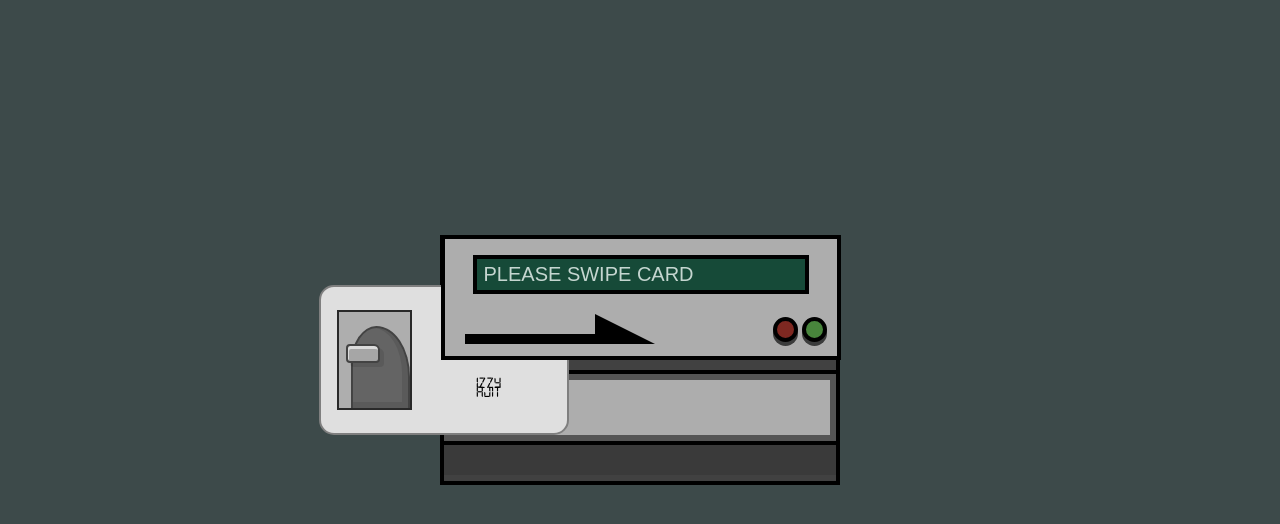
Repository: Aaquib111/Aaquib111.github.io
Page: treasure-page.html
These files come from the project's save history. The page is drawn as it stood at one moment and after the next save; the edit follows.
The browser window is 1280 px wide. The pictures show the whole page.

Above is the page before, as saved 2021-05-20 20:25:45.

### treasure-page.html
<!DOCTYPE html>
<!--[if lt IE 7]>      <html class="no-js lt-ie9 lt-ie8 lt-ie7"> <![endif]-->
<!--[if IE 7]>         <html class="no-js lt-ie9 lt-ie8"> <![endif]-->
<!--[if IE 8]>         <html class="no-js lt-ie9"> <![endif]-->
<!--[if gt IE 8]>      <html class="no-js"> <!--<![endif]-->
<html>
    <head>
        <meta charset="utf-8">
        <meta http-equiv="X-UA-Compatible" content="IE=edge">
        <title>Are you sure you're Isabel?</title>
        <meta name="description" content="">
        <meta name="viewport" content="width=device-width, initial-scale=1">
        <link rel="stylesheet" href="css\swipe.css">
    </head>
    <body>
        <div id="wrapper">
            <div id="reader" data-status="">
              <div class="top">
                <div class="screen">
                  <div id="message"></div>
                </div>
                <div class="lights">
                  <div class="light red"></div>
                  <div class="light green"></div>
                </div>
              </div>
              <div id="card">
                <div id="photo"></div>
                <div id="name"><p id="name">Izzy Ajit</p></div>
              </div>
              <div class="bottom"></div>
            </div>
          </div>

          <script src="js\swipe.js"></script>
    </body>
</html>

### css/swipe.css
* {
    box-sizing: border-box;
  }

  html,
  body {
    height: 100%;
  }

  body {
    width: 100vw;
    margin: 0;
    display: flex;
    justify-content: center;
    align-items: center;
    overflow: hidden;
  }

  #wrapper {
    position: relative;
    width: 400px;
    height: 250px;
  }

  #reader {
    width: 100%;
    height: 400px;
  }

  #reader .top {
    position: relative;
    width: 100%;
    height: 125px;
    z-index: 100;
  }

  #reader .bottom {
    width: 100%;
    height: 75px;
  }

  #reader .lights {
    position: absolute;
    right: 10px;
    bottom: 10px;
  }

  .light {
    display: inline-block;
    width: 25px;
    height: 25px;
  }

  #card {
    display: flex;
    justify-content: flex-start;
    align-items: center;
    position: absolute;
    margin-top: -75px;
    width: 250px;
    height: 150px;
    transform: translateX(-125px);
  }

  #card.slide {
    transition: transform 1s;
  }

  body {
    background-color: #3d4a4a;
  }

  #wrapper {
    background-color: #414141;
    border: 4px solid #000;
  }

  #reader .top,
  #reader .bottom {
    background-color: #adadad;
    border: 4px solid #000;
  }

  #reader .top {
    width: calc(100% + 8px);
    padding: 16px;
    margin: -4px 0 0 -3px;
  }

  #reader .top:before {
    content: "";
    position: absolute;
    left: 20px;
    bottom: 12px;
    width: 140px;
    height: 10px;
    background-color: #000;
  }

  #reader .top:after {
    content: "";
    position: absolute;
    left: 150px;
    bottom: 12px;
    width: 0;
    height: 0;
    border-bottom: 30px solid #000;
    border-right: 60px solid transparent;
  }

  #reader .bottom {
    width: calc(100% + 8px);
    margin: 10px 0 0 -4px;
    border-top-left-radius: 30px;
    box-shadow: inset -6px -6px #555555,
                inset 6px 6px #555555,
                0 30px rgba(0, 0, 0, 0.1);
  }

  #reader .screen {
    border: 4px solid #000;
    padding: 4px;
    margin: 0 12px;
    background-color: #164a38;
  }

  #message {
    font-family: 'DSEG14Classic', sans-serif;
    font-size: 20px;
    color: #c5d6d0;
    text-transform: uppercase;
    animation: jitter 3s infinite steps(2);
  }

  #message:after {
    content: "Please swipe card";
  }

  [data-status="invalid"] #message:after {
    content: "Bad read. Try again.";
  }

  [data-status="slow"] #message:after {
    content: "Too slow. Try again.";
  }

  [data-status="fast"] #message:after {
    content: "Too fast. Try again.";
  }

  [data-status="valid"] #message:after {
    content: "Accepted. Thank you.";
  }

  .light {
    border: 4px solid #000;
    border-radius: 50%;
    box-shadow: 0 4px #555555;
    filter: saturate(0.6) brightness(0.7);
  }

  .red {
    background-color: #f52818;
  }

  .green {
    background-color: #3dd022;
  }

  [data-status="invalid"] .red,
  [data-status="slow"] .red,
  [data-status="fast"] .red,
  [data-status="valid"] .green {
    filter: none;
  }

  #card {
    background-color: #dfdfdf;
    border: 2px solid #7f7f7f;
    border-radius: 15px;
    cursor: grab;
  }

  #photo {
    position: relative;
    width: 75px;
    height: 100px;
    background-color: #aeaeae;
    border: 2px solid #292929;
    margin-left: 16px;
    overflow: hidden;
    pointer-events: none;
  }

  #photo:before {
    content: "";
    position: absolute;
    right: 0;
    bottom: 0;
    width: 55px;
    height: 80px;
    background-color: #646464;
    border: 2px solid #434343;
    border-bottom-width: 0;
    border-radius: 30px 40px 5px 10px / 45px 60px 0 0;
    box-shadow: inset -3px -3px 0 3px rgba(0, 0, 0, 0.1);
  }

  #photo:after {
    content: "";
    position: absolute;
    right: 30px;
    bottom: 45px;
    width: 30px;
    height: 15px;
    background-color: #a6a6a6;
    border: 2px solid #434343;
    border-radius: 4px 6px 4px 4px;
    box-shadow: inset 1px 3px 0 rgba(255, 255, 255, 0.6),
                4px 4px 0 rgba(0, 0, 0, 0.1);
  }

  #name{
    position: relative;
    width: 50px;
    height: 0px;
    content: "name";
    margin-left: 32px;
    font-family: 'digital';
  }
  @font-face {
    font-family: 'digital';
    src: url('fonts/digital-7.ttf'),
  }

  @keyframes jitter {
    from {
      transform: translateX(0);
    }
    to {
      transform: translateX(5px);
    }
  }

### js/swipe.js
const card = document.getElementById('card');
const reader = document.getElementById('reader');
let active = false;
let initialX;
let timeStart, timeEnd;
const soundAccepted = new Audio('https://thomaspark.co/projects/among-us-card-swipe/audio/CardAccepted.mp3');
const soundDenied = new Audio('https://thomaspark.co/projects/among-us-card-swipe/audio/CardDenied.mp3');

document.addEventListener('mousedown', dragStart);
document.addEventListener('mouseup', dragEnd);
document.addEventListener('mousemove', drag);
document.addEventListener('touchstart', dragStart);
document.addEventListener('touchend', dragEnd);
document.addEventListener('touchmove', drag);

function dragStart(e) {
  if (e.target !== card) return;

  if (e.type === 'touchstart') {
    initialX = e.touches[0].clientX;
  } else {
    initialX = e.clientX;
  }

  timeStart = performance.now();
  card.classList.remove('slide');
  active = true;
}

function dragEnd(e) {
  if (!active) return;

  e.preventDefault();
  let x;
  let status;

  if (e.type === 'touchend') {
    x = e.touches[0].clientX - initialX;
  } else {
    x = e.clientX - initialX;
  }

  if (x < reader.offsetWidth) {
    status = 'invalid';
  }

  timeEnd = performance.now();
  card.classList.add('slide');
  active = false;

  setTranslate(0);
  setStatus(status);
}

function drag(e) {
  if (!active) return;

  e.preventDefault();
  let x;

  if (e.type === 'touchmove') {
    x = e.touches[0].clientX - initialX;
  } else {
    x = e.clientX - initialX;
  }

  setTranslate(x);
}

function setTranslate(x) {
  if (x < 0) {
    x = 0;
  } else if (x > reader.offsetWidth) {
    x = reader.offsetWidth;
  }

  x -= (card.offsetWidth / 2);

  card.style.transform = 'translateX(' + x + 'px)';
}

function setStatus(status) {
  if (typeof status === 'undefined') {
    let duration = timeEnd - timeStart;

    if (duration > 700) {
      status = 'slow';
    } else if (duration < 400) {
      status = 'fast';
    } else {
      status = 'valid';
    }
  }

  reader.dataset.status = status;
  playAudio(status);
}

function playAudio(status) {
  soundDenied.pause();
  soundAccepted.pause();
  soundDenied.currentTime = 0;
  soundAccepted.currentTime = 0;

  if (status === 'valid') {
    soundAccepted.play();
    setTimeout(() => {  redirect(); }, 1000);
  } else {
    soundDenied.play();
  }
}

function redirect(){
    window.location.replace("confetti-preloader.html");
}

After the next save:
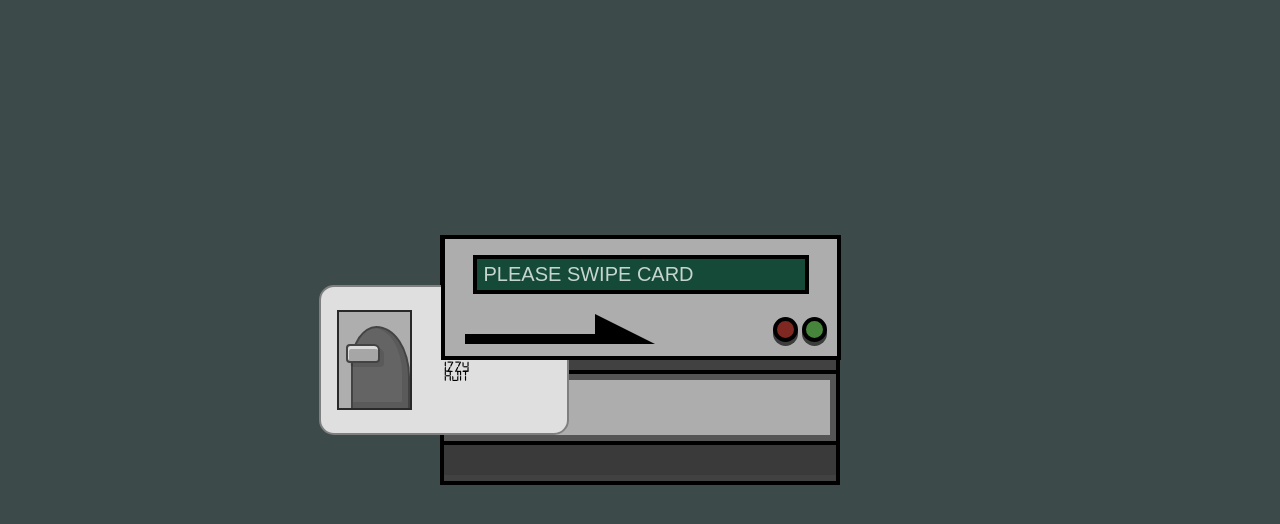
Saved 24 s later.
--- a/treasure-page.html
+++ b/treasure-page.html
@@ -26,7 +26,7 @@
               </div>
               <div id="card">
                 <div id="photo"></div>
-                <div id="name"><p id="name">Izzy Ajit</p></div>
+                <div id="name">Izzy Ajit</div>
               </div>
               <div class="bottom"></div>
             </div>
